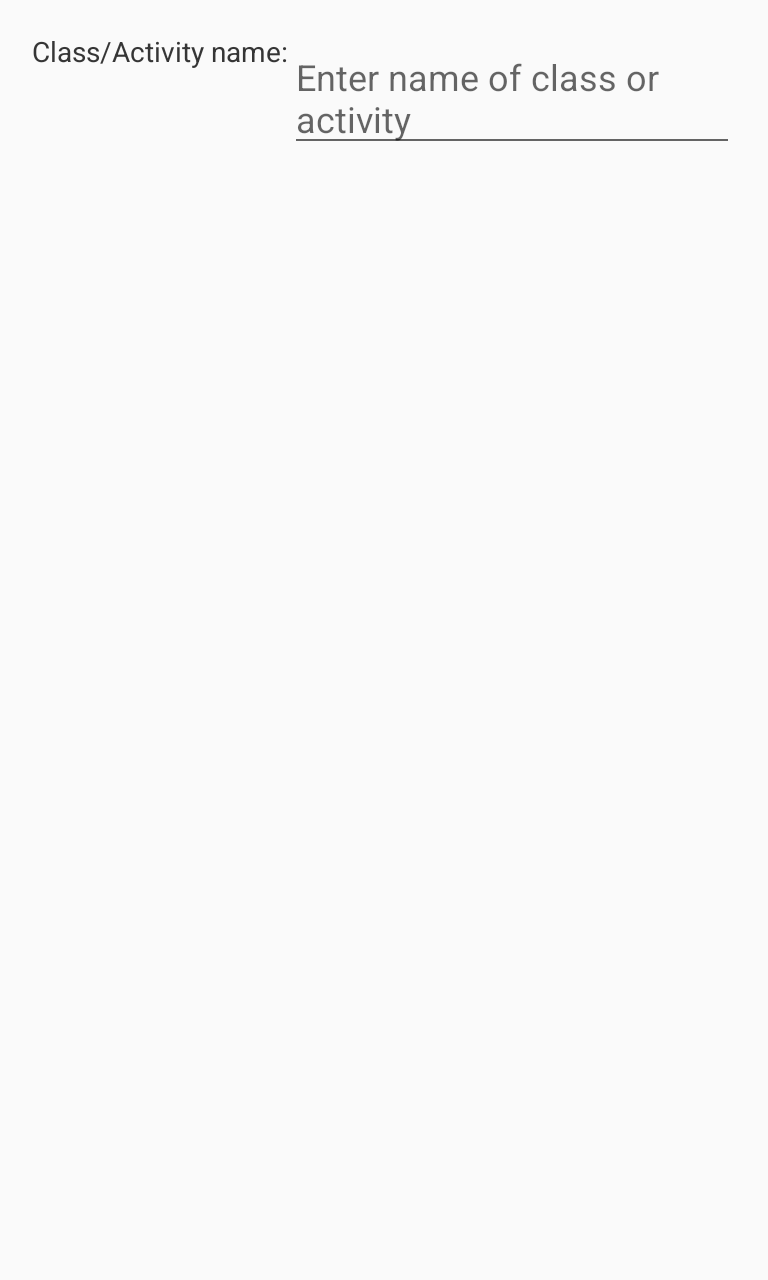
Repository: recursor94/hackathonspring2014
Layout: StudentPlanner/res/layout/fragment_new_endeavor.xml
These files come from the project's save history. The layout is drawn as it stood at one moment and after a run of saves; the edit follows.
It is drawn on a 768 x 1280 px phone screen (xhdpi) without system bars, with theme AppTheme; the app's code is not run.

Above is the layout before, as saved 2014-04-05 07:55:02.

After the next 3 saves:
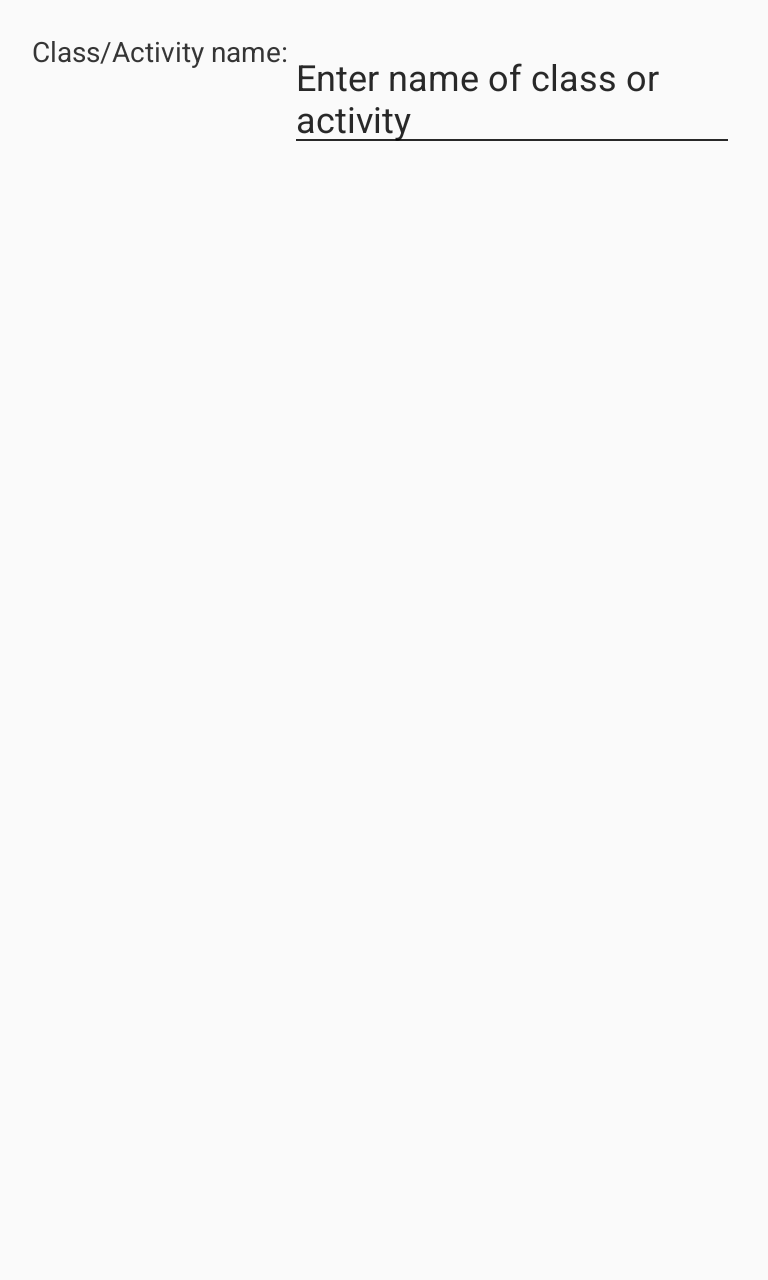
The 3 saves are shown as one change because 2 did not build or start.
The last was saved 23 s later.
--- a/StudentPlanner/res/layout/fragment_new_endeavor.xml
+++ b/StudentPlanner/res/layout/fragment_new_endeavor.xml
@@ -33,4 +33,11 @@
         android:layout_alignParentLeft="true"
         android:layout_alignParentTop="true" />
 
+        <EditText
+        android:id="@+id/nameEntry"
+        android:hint="@string/nameEntry"
+        android:layout_width="wrap_content"
+        android:layout_height="wrap_content"
+        android:layout_toRightOf="@id/nameField"
+        android:layout_alignParentTop="true" />
 </RelativeLayout>
